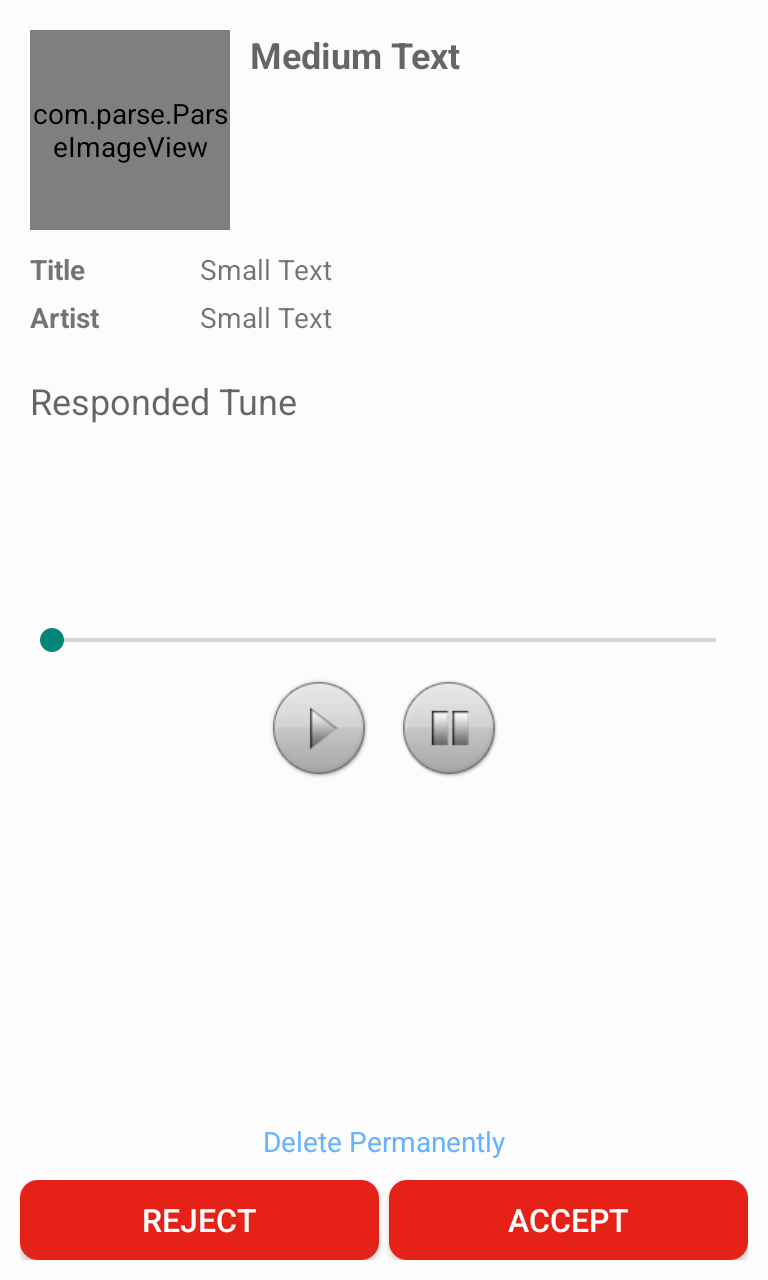
Repository: savindra/cutting-edge
Layout: Humzearch/res/layout/view_response_item.xml
The author's editor kept a copy of each file at every save. The layout is drawn from the files as they stood at one save, then again after the next save.
Pictures or frames that could not be fetched are drawn as grey boxes. It is drawn on a 768 x 1280 px phone screen (xhdpi) without system bars, with theme AppTheme.BackButton; the app's code is not run.

Above is the layout before, as saved 2015-06-22 19:26:57.

After the next save:
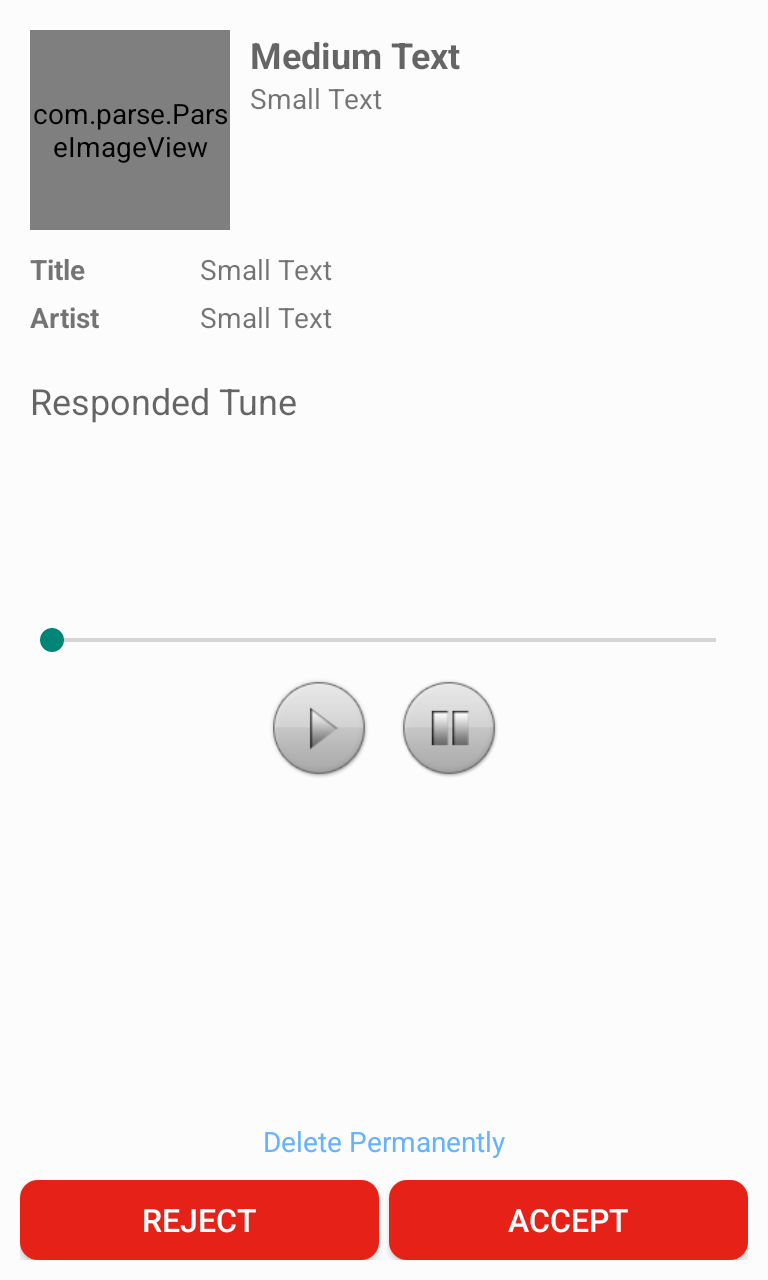
Saved 2 min 57 s later.
--- a/Humzearch/res/layout/view_response_item.xml
+++ b/Humzearch/res/layout/view_response_item.xml
@@ -159,5 +159,14 @@
         android:textAppearance="?android:attr/textAppearanceSmall"
         android:textColor="#66B2FF" />
 
+    <TextView
+        android:id="@+id/txtViewResponseItemDate"
+        android:layout_width="wrap_content"
+        android:layout_height="wrap_content"
+        android:layout_alignLeft="@+id/txtViewResponseName"
+        android:layout_below="@+id/txtViewResponseName"
+        android:text="Small Text"
+        android:textAppearance="?android:attr/textAppearanceSmall" />
+
 </RelativeLayout>
 </ScrollView>
